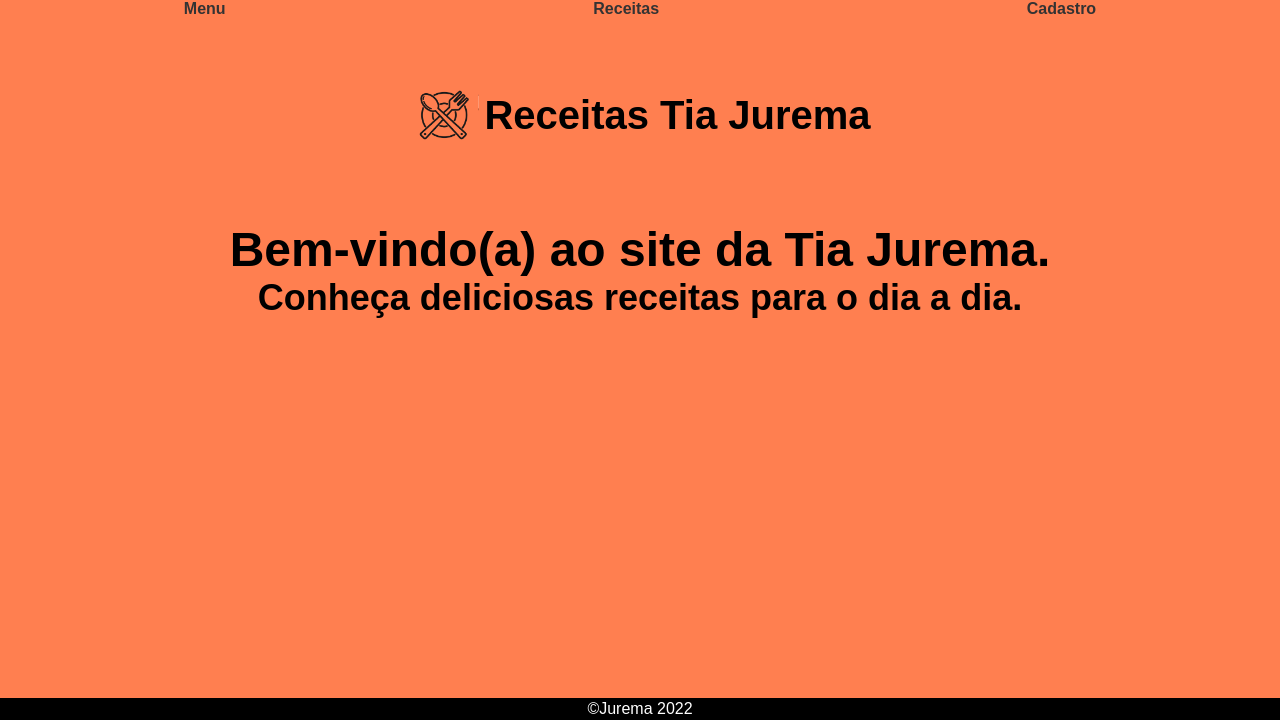
Repository: devropaes/RECEITAS
Page: OneDrive/Área de Trabalho/Estudos/Estácio/receitas/menu.html
An editor plug-in stored every save of this project. The page is shown before and after the next save, followed by the edit.
The browser window is 1280 px wide. The pictures show the whole page.
Some web libraries are served in a nearby version.

Above is the page before, as saved 2024-03-12 15:57:59.

### OneDrive/Área de Trabalho/Estudos/Estácio/receitas/menu.html
<!DOCTYPE html>
<html lang="pt-br" >
<head>
  <head>
    <meta charset="UTF-8">
    <meta http-equiv="X-UA-Compatible" content="IE=edge">
    <meta name="viewport" content="width=device-width, initial-scale=1.0">
    <script src="https://kit.fontawesome.com/a076d05399.js" crossorigin="anonymous"></script>
    <link rel="stylesheet" href="./menu.css">

    <title>Menu</title>

 </head>
<body>

  <ul class="navlist">
      <li><a href="home.html">Menu</a></li>
      <li><a href="receitas.html">Receitas</a></li>
      <LI><a href="cadastro.html">Cadastro</a></LI>
 </ul>

  <main class="content">
    <div class="logo-container">
        <img src="./assets/Foto3.png" class="logo">
              <a class = "receitas__tia__jurema"> <strong>Receitas Tia Jurema</strong> </a>
    </div>
          <div class="apresentacao">
              <h1>Bem-vindo(a) ao site da Tia Jurema.</h1>

              <h2>Conheça deliciosas receitas para o dia a dia.</h2>

          </div>

  </main>



      <footer class="rodape">
           <p>&copy;Jurema 2022 </p>
      </footer>
</body>
</html>

### OneDrive/Área de Trabalho/Estudos/Estácio/receitas/menu.css


:root {
    --cor-primaria: #ff7f50;
    --cor-secundaria: #333;
    --cor-terciaria: #000;
    --cor-hover: #fff;
    --font-primaria: "Arial, Helvetica", sans-serif;
    --font-secundaria: "Krona-One", sans-serif;
}

* {
    margin: 0;
    padding: 0;
    box-sizing: border-box;
}

body {
    background-color: var(--cor-primaria);
    font-family: var(--font-secundaria);
    font-size: 1em;
    font-weight: 400;
    text-align: center;
}

.navlist {
    list-style: none;
    padding: 0;
    display: flex;
    justify-content: space-around;
    color: var(--cor-secundaria);
    font-size: 1rem;
    font-weight: 600;
    margin-bottom: 70px;
}

.navlist a {
    text-decoration: none;
    color: var(--cor-secundaria);
    font-size: 1rem;
    font-weight: 600;
    font-family: var(--font-primaria);

}
.logo-container {
    display: flex;
    align-items: center;
    margin-bottom: 50px;
}

.logo {
    width: 90px;
    margin-right: 30px;

}

.receitas__tia__jurema {
    width: 50px;
    font-size: 2.5em;
    margin-bottom: 30px;
    padding: 50px;
    display:contents;

}

.content {
    display: flex;
    flex-direction: column;
    align-items: center;
    justify-content: center;
    text-align: center;

}

.apresentacao {
    font-size: 1.5em;
    text-align:inherit;
    padding: 30px;
    width: 80%; /* Ajuste conforme necessário */
    margin: auto;

}
.apresentação h2 {
    margin: bottom 30px;
    padding: 30px;
    text-align: center;
}

/* Adicione esta regra para alinhar o logo à esquerda da Receitas Tia Jurema */
.content {
    display: flex;
    align-items: center;
}

.logo {
    width: 70px;
    margin-right: 5px; /* Ajuste conforme necessário */

}

.rodape {
    background-color: var(--cor-terciaria);
    color: var(--cor-hover);
    text-align: center;
    padding: 2px;
    position: fixed;
    border-bottom: var(--cor-hover);
    left: 0;
    bottom: 0%;
    width: 100%;
    max-width: 100%;
}

After the next save:
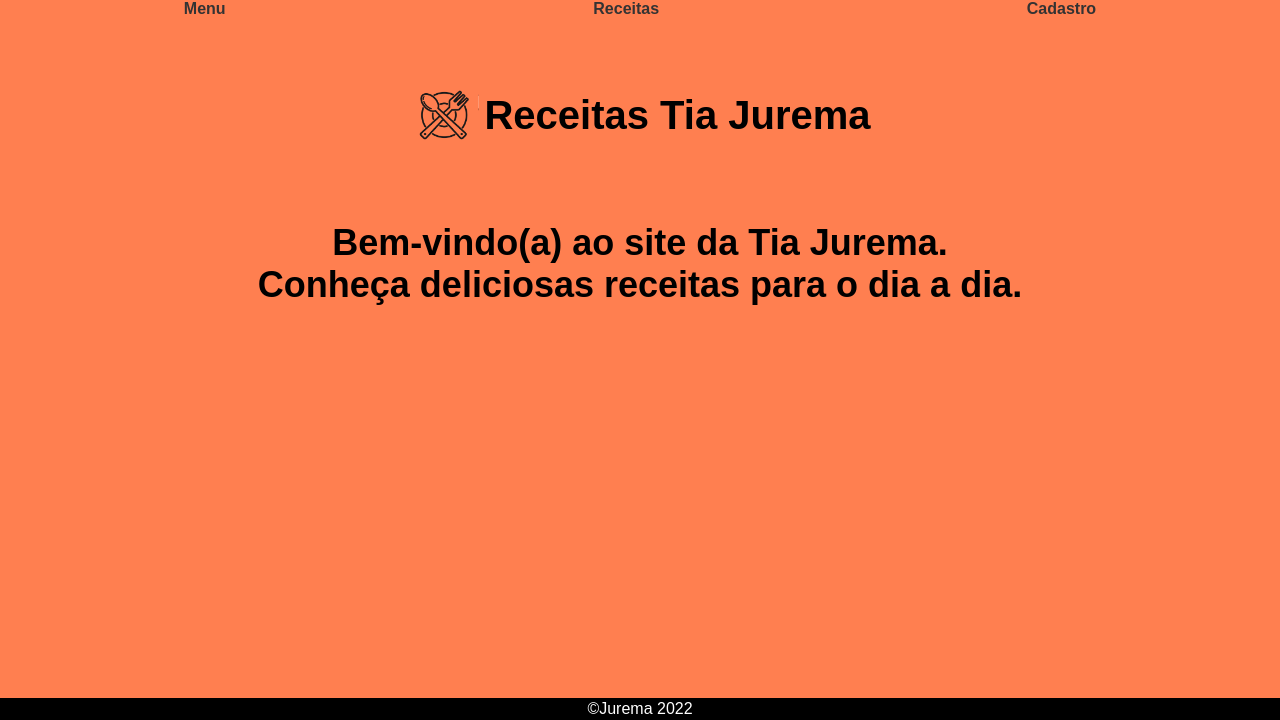
Saved 117 s later.
--- a/OneDrive/Área de Trabalho/Estudos/Estácio/receitas/menu.html
+++ b/OneDrive/Área de Trabalho/Estudos/Estácio/receitas/menu.html
@@ -25,7 +25,7 @@
               <a class = "receitas__tia__jurema"> <strong>Receitas Tia Jurema</strong> </a>
     </div>
           <div class="apresentacao">
-              <h1>Bem-vindo(a) ao site da Tia Jurema.</h1>
+              <h2>Bem-vindo(a) ao site da Tia Jurema.</h2>
 
               <h2>Conheça deliciosas receitas para o dia a dia.</h2>
 
